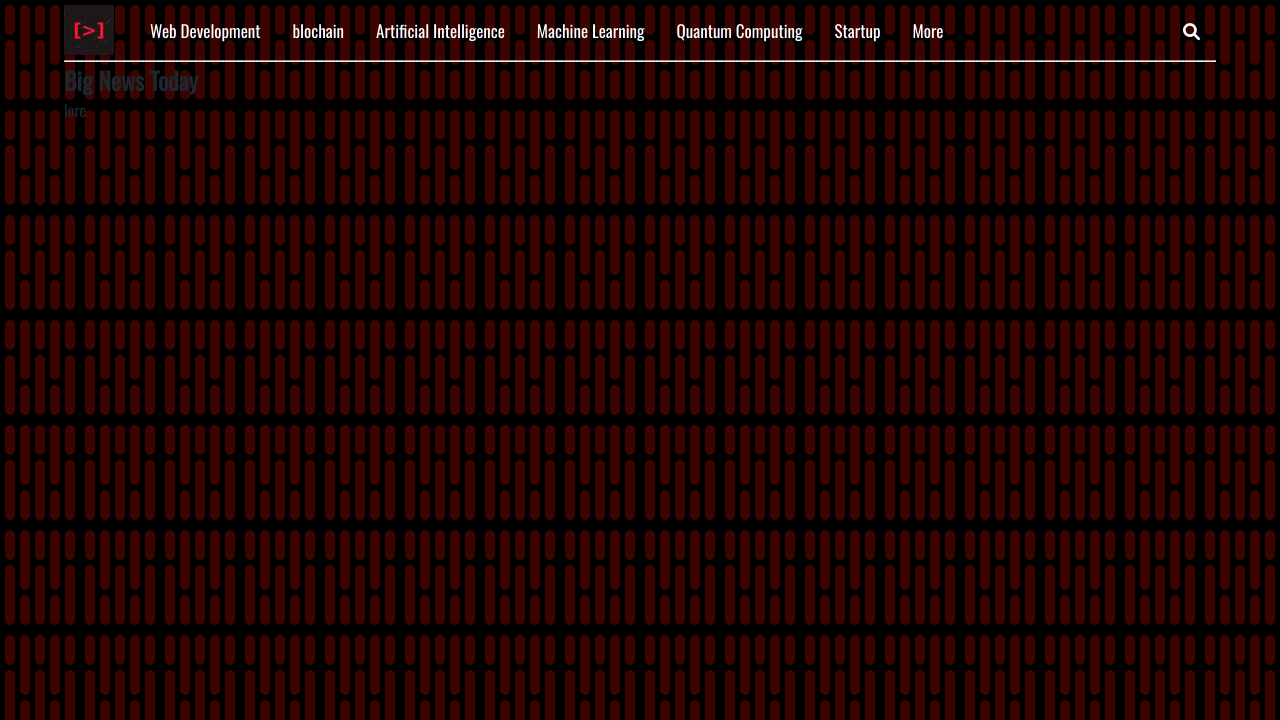
Repository: NickArregoces/News_Web
Page: index.html
The author's editor kept a copy of each file at every save. The page is drawn from the files as they stood at one save, then again after a run of saves.
The browser window is 1280 px wide. The pictures show the whole page.

Above is the page before, as saved 2021-12-20 20:21:13.

After the next 2 saves:
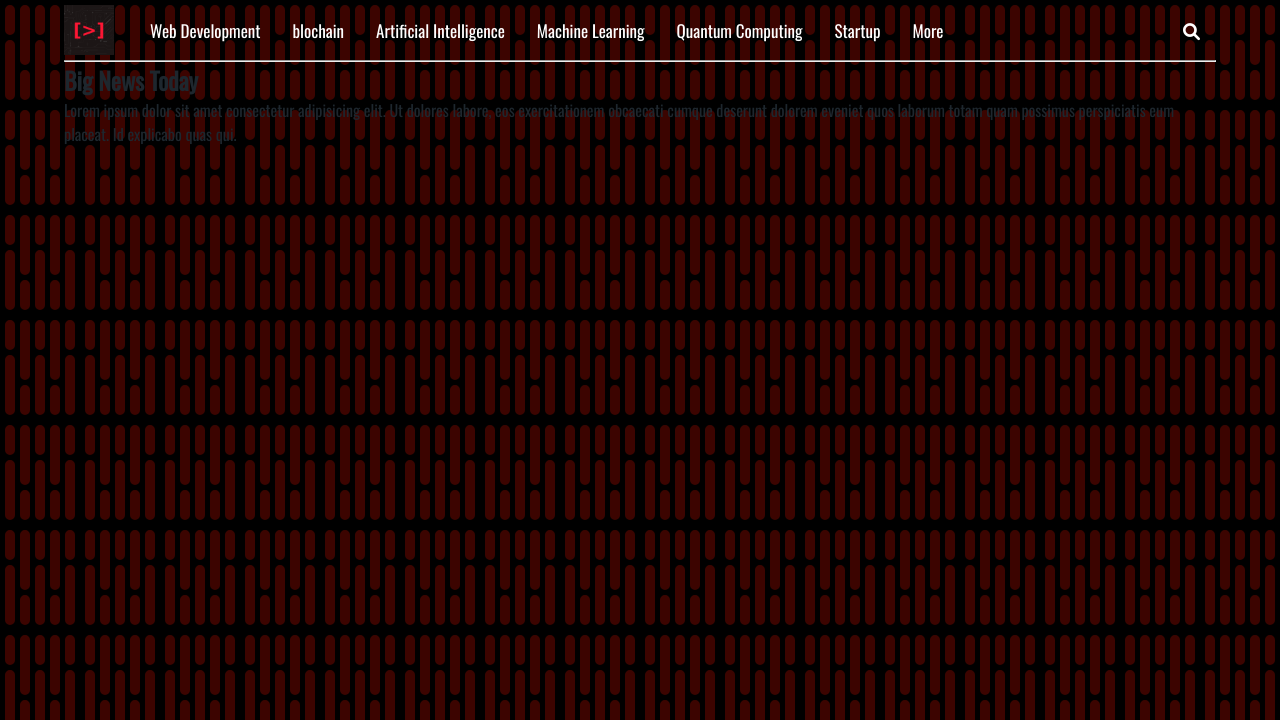
The 2 saves are shown as one change because they came seconds apart.
The last was saved 8 s later.
--- a/index.html
+++ b/index.html
@@ -58,7 +58,8 @@
         <!--Showcase=Imagen pricnipal-->
         <header class="showcase">
             <h2>Big News Today</h2>
-            <p>lore</p>
+            <p>Lorem ipsum dolor sit amet consectetur adipisicing elit. Ut dolores labore, eos exercitationem obcaecati cumque deserunt dolorem eveniet quos laborum totam quam possimus perspiciatis eum placeat. Id explicabo quas qui.</p>
+
         </header>
 
 

After the 3 saves that followed:
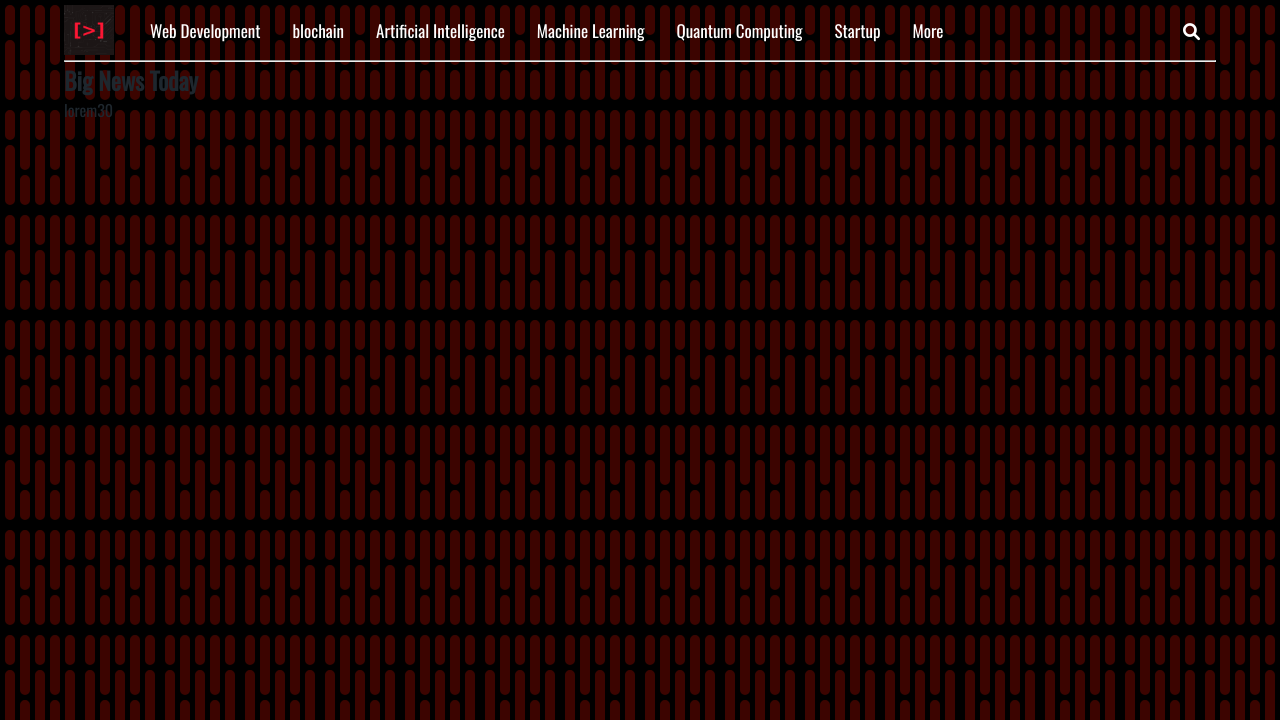
The 3 saves are shown as one change because they came seconds apart.
The last was saved 17 s later.
--- a/index.html
+++ b/index.html
@@ -58,8 +58,7 @@
         <!--Showcase=Imagen pricnipal-->
         <header class="showcase">
             <h2>Big News Today</h2>
-            <p>Lorem ipsum dolor sit amet consectetur adipisicing elit. Ut dolores labore, eos exercitationem obcaecati cumque deserunt dolorem eveniet quos laborum totam quam possimus perspiciatis eum placeat. Id explicabo quas qui.</p>
-
+            <p>lorem30</p>
         </header>
 
 
